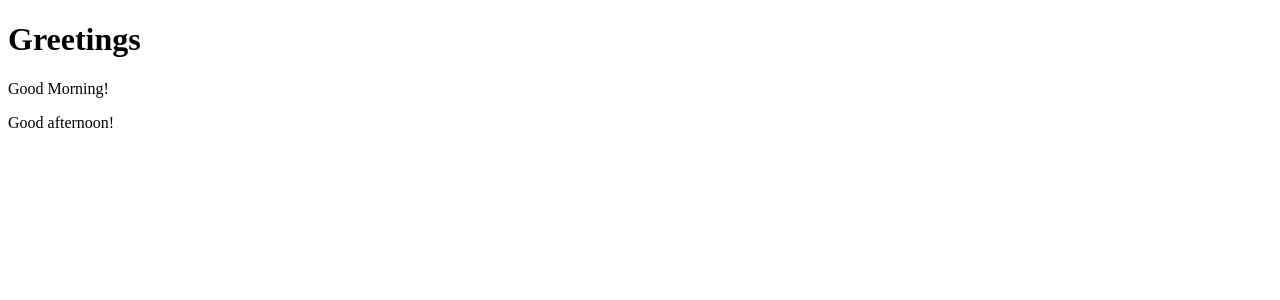
Repository: sakiko-koizumi/kadai-commit
Page: test1.html
The author's editor kept a record of every edit. The page is drawn from the files as they stood at one moment, then again after the next edit.
The browser window is 1280 px wide. The pictures show the whole page.

Above is the page before.

### test1.html
<!DOCTYPE html>

<body>
<h1> Greetings </h1>

<div class="first">
    <p> Good Morning! </p>
</div>

<div class="second">
    <p>Good afternoon! </p>
</div>

<div class="third">
    <p>


</html>

After the next edit:
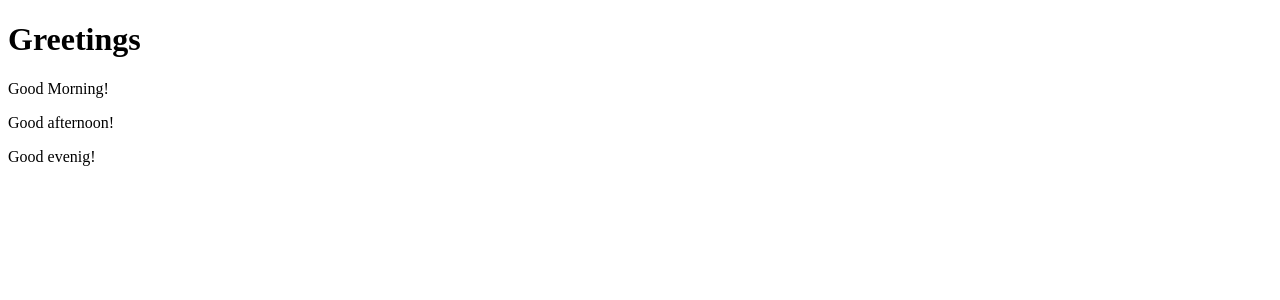
The edit:
--- a/test1.html
+++ b/test1.html
@@ -12,7 +12,8 @@
 </div>
 
 <div class="third">
-    <p>
+    <p>Good evenig!</p>
 
+</body>
 
 </html>
